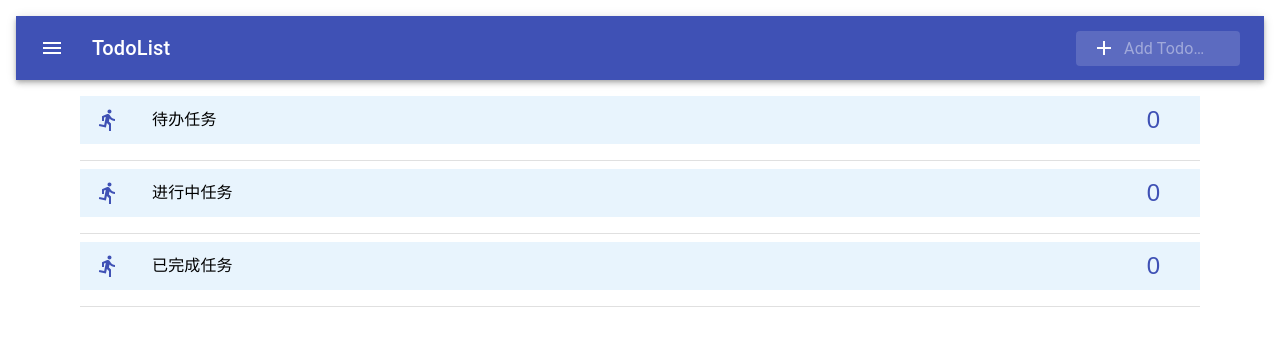
Repository: harperl71/TodoList
Page: /
An editor plug-in stored every save of this project. The page is shown before and after the next save, followed by the edit.
The browser window is 1280 px wide. The pictures show the whole page.
The project was rebuilt for these pictures with package versions that can differ from the ones it lists, and the page was loaded fresh each time. Also part of the build but not shown: src/components/content/task-item/index.tsx.

Above is the page before, as saved 2021-05-21 14:38:18.

### src/App.tsx
import React from "react";
import Header from "./components/header";
import Content from "./components/content";
import Footer from "./components/footer";
import Myprovider from "./context";

function App() {
  return (
    <div className="APP">
      <Myprovider>
        <Header />
        <Content />
        <Footer />
      </Myprovider>
    </div>
  );
}

export default App;

### src/components/header/index.tsx
import React, { useContext } from "react";
import { MyContext } from "../../context";
import AppBar from "@material-ui/core/AppBar";
import Toolbar from "@material-ui/core/Toolbar";
import IconButton from "@material-ui/core/IconButton";
import Typography from "@material-ui/core/Typography";
import InputBase from "@material-ui/core/InputBase";
import { makeStyles, fade } from "@material-ui/core/styles";
import MenuIcon from "@material-ui/icons/Menu";
import AddIcon from "@material-ui/icons/Add";

const useStyles = makeStyles((theme) => ({
  header: {
    margin: theme.spacing(2),
    justifyContent: "space-between",
  },
  listButton: {
    marginRight: theme.spacing(2),
  },
  title: {
    flexGrow: 1,
    display: "none",
    [theme.breakpoints.up("sm")]: {
      display: "block",
    },
  },
  search: {
    position: "relative",
    borderRadius: theme.shape.borderRadius,
    backgroundColor: fade(theme.palette.common.white, 0.15),
    "&:hover": {
      backgroundColor: fade(theme.palette.common.white, 0.25),
    },
    marginLeft: 0,
    width: "100%",
    [theme.breakpoints.up("sm")]: {
      marginLeft: theme.spacing(1),
      width: "auto",
    },
  },
  addIcon: {
    padding: theme.spacing(0, 2),
    height: "100%",
    position: "absolute",
    pointerEvents: "none",
    display: "flex",
    alignItems: "center",
    justifyContent: "center",
  },
  inputRoot: {
    color: "inherit",
  },
  inputInput: {
    padding: theme.spacing(1, 1, 1, 0),
    // vertical padding + font size from searchIcon
    paddingLeft: `calc(1em + ${theme.spacing(4)}px)`,
    transition: theme.transitions.create("width"),
    width: "100%",
    [theme.breakpoints.up("sm")]: {
      width: "12ch",
      "&:focus": {
        width: "20ch",
      },
    },
  },
}));

export default function SearchAppBar() {
  const classes = useStyles();
  const { Add } = useContext(MyContext);

  const enterPress = (evt: React.SyntheticEvent) => {
    if (
      (evt as KeyboardEventInit).code === "Enter" &&
      (evt.target as HTMLInputElement).value !== ""
    ) {
      Add((evt.target as HTMLInputElement).value);
      (evt.target as HTMLInputElement).value = "";
    }
  };

  return (
    <div className={classes.header}>
      <AppBar position="static">
        <Toolbar>
          <IconButton
            edge="start"
            className={classes.listButton}
            color="inherit"
            aria-label="open drawer"
          >
            <MenuIcon />
          </IconButton>
          <Typography className={classes.title} variant="h6" noWrap>
            TodoList
          </Typography>
          <div className={classes.search}>
            <div className={classes.addIcon}>
              <AddIcon />
            </div>
            <InputBase
              placeholder="Add Todo…"
              required
              classes={{
                root: classes.inputRoot,
                input: classes.inputInput,
              }}
              onKeyPress={enterPress}
            />
          </div>
        </Toolbar>
      </AppBar>
    </div>
  );
}

### src/components/content/index.tsx
import React, { Fragment } from "react";
import TaskList from "./task-list";
import { makeStyles } from "@material-ui/core";

const useStyles = makeStyles((theme) => ({
  content: {
    margin: theme.spacing(0, 6),
    justifyContent: "center",
  },
}));

const Content = () => {
  const classes = useStyles();
  return (
    <div className={classes.content}>
      <Fragment>
        <TaskList title="待办任务" status="todo" />
        <TaskList title="进行中任务" status="doing" />
        <TaskList title="已完成任务" status="done" />
      </Fragment>
    </div>
  );
};

export default Content;

### src/components/footer/index.tsx
import React from "react";

const Footer = () => {
  return <div className="footer"></div>;
};

export default Footer;

### src/context/index.tsx
import React, { createContext, useState } from "react";

export interface TodoProps {
  id: number;
  text: string;
  status: string;
}

export interface ContextProps {
  todoList: TodoProps[];
  Add: (item: string) => void;
  Delete: (id: number) => void;
  Remove: (index: number, status: string) => void;
  Clear: () => void;
}

export const MyContext = createContext({} as ContextProps);

const Myprovider = (props: React.PropsWithChildren<{}>) => {
  const [todoList, setList] = useState<TodoProps[]>([]);

  const Add = (item: string) => {
    const listItem = {
      id: new Date().getTime(),
      text: item,
      status: "todo",
    };
    setList([...todoList, listItem]);
  };
  //console.log(...todoList);

  const Delete = (id: number) => {
    setList(todoList.filter((item) => item.id !== id));
  };

  const Remove = (id: number, status: string) => {
    //注：map遍历改变原数组！
    if (status === "todo") {
      setList(
        todoList.map((item) => {
          if (item.id === id) {
            item.status = "doing";
          }
          return item;
        })
      );
    }
    if (status === "doing") {
      setList(
        todoList.map((item) => {
          if (item.id === id) {
            item.status = "done";
          }
          return item;
        })
      );
    }
  };

  const Clear = () => setList([]);

  return (
    <MyContext.Provider value={{ todoList, Add, Delete, Remove, Clear }}>
      {props.children}
    </MyContext.Provider>
  );
};

export default Myprovider;

### src/components/content/task-list/index.tsx
import React, { useContext } from "react";
import TaskItem from "../task-item";
import { MyContext } from "../../../context";
import {
  makeStyles,
  List,
  ListItem,
  ListItemIcon,
  ListItemText,
  Divider,
  IconButton,
} from "@material-ui/core";
import DirectionsRunIcon from "@material-ui/icons/DirectionsRun";

const useStyles = makeStyles((theme) => ({
  list: {
    margin: theme.spacing(0, 4),
    justifyContent: "space-between",
    padding: 0,
  },
  listHeader: {
    marginTop: theme.spacing(1),
    backgroundColor: "#e8f4fd",
  },
  listTitle: {
    justifyContent: "center",
  },
  listnum: {
    marginRight: theme.spacing(3),
    padding: 0,
    color: "secondary",
  },
  listContent: {
    padding: 0,
  },
}));

interface Iprops {
  title: string;
  status: string;
}

const TaskList = ({ title, status }: Iprops) => {
  const classes = useStyles();

  const { todoList } = useContext(MyContext);
  console.log(todoList);
  console.log(status);

  return (
    <div className="task-list">
      <List
        className={classes.list}
        component="nav"
        aria-label="main mailbox folders"
      >
        <ListItem className={classes.listHeader} button>
          <ListItemIcon>
            <DirectionsRunIcon color="primary" />
          </ListItemIcon>
          <ListItemText primary={title} />
          <IconButton
            className={classes.listnum}
            color="primary"
            aria-label="list-num"
          >
            {
              todoList.filter((item) => {
                return item.status === status;
              }).length
            }
          </IconButton>
        </ListItem>
        <List className={title}>
          {todoList
            .filter((item) => {
              return item.status === status;
            })
            .map((item) => {
              return <TaskItem Item={item} />;
            })}
        </List>
        <Divider />
      </List>
    </div>
  );
};

export default TaskList;

Loaded but not shown: public/index.html (common file); src/index.tsx (common file); src/index.css (common file); src/reportWebVitals.ts (common file)

After the next save:
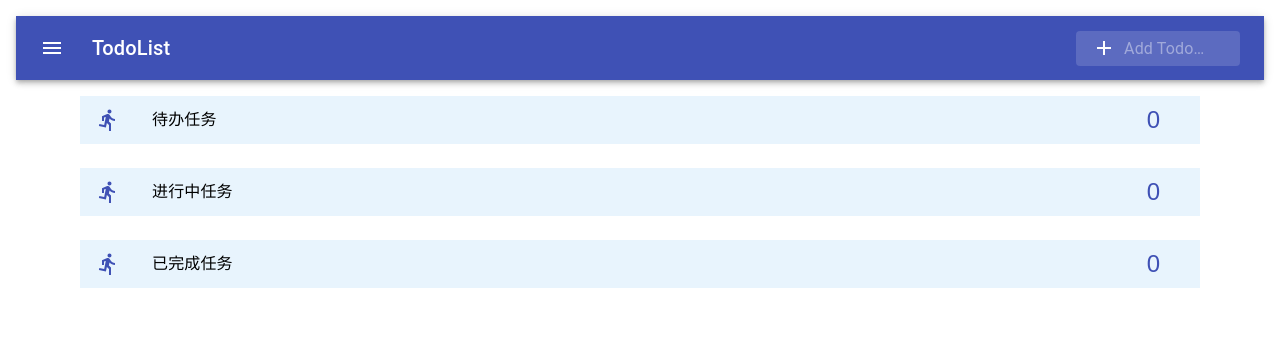
Saved 8 s later.
--- a/src/components/content/task-list/index.tsx
+++ b/src/components/content/task-list/index.tsx
@@ -80,7 +80,6 @@ const TaskList = ({ title, status }: Iprops) => {
               return <TaskItem Item={item} />;
             })}
         </List>
-        <Divider />
       </List>
     </div>
   );
